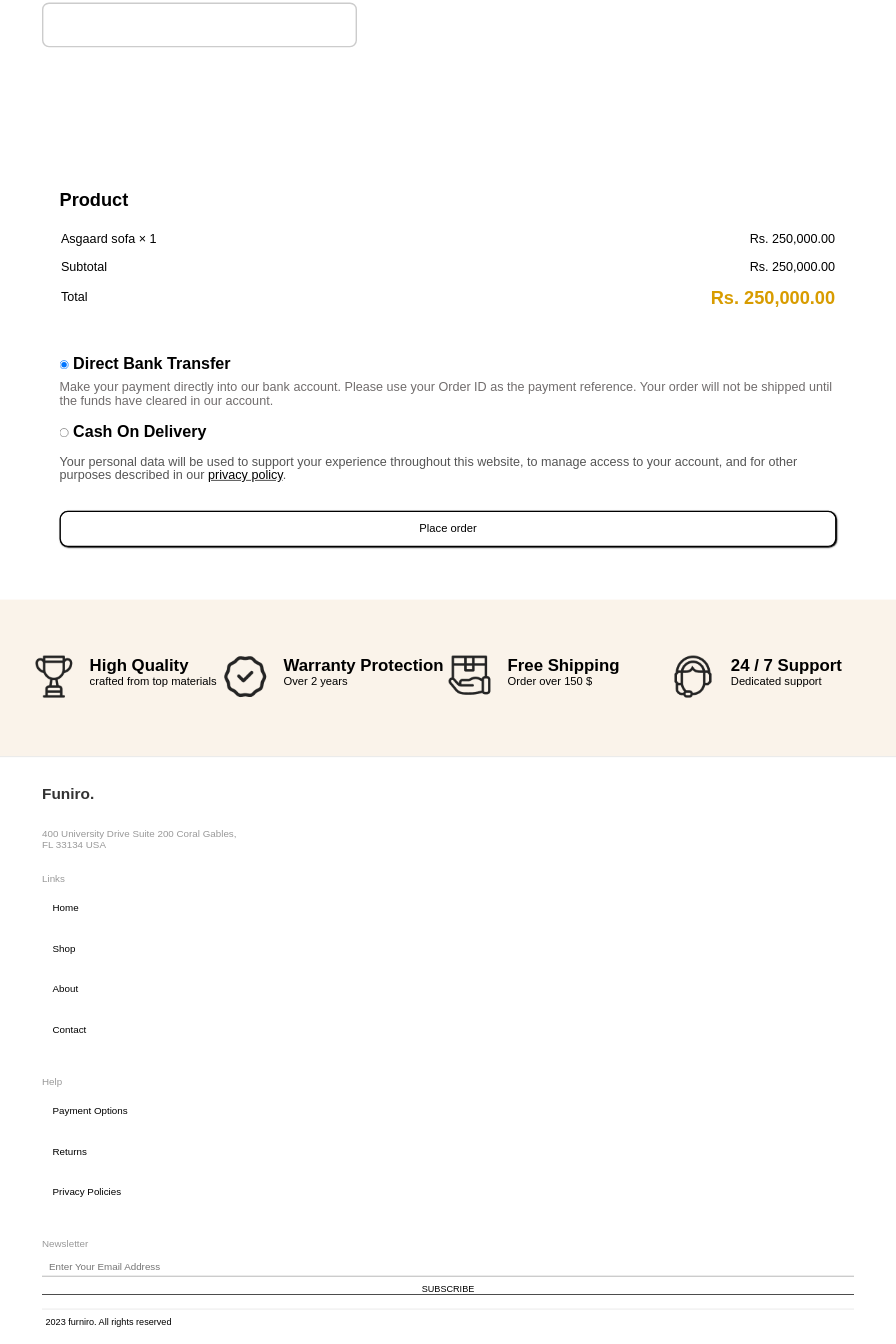
Repository: Ali1Kh/Furniro-ITI
Page: pages/checkout.html
The author's editor kept a copy of each file at every save. The page is drawn from the files as they stood at one save, then again after a run of saves.
The browser window is 1280 px wide. The pictures show the part of the page from y = 1272 to 3192 px (the page is 3192 px tall before and 3182 px after), at 70% of full size.

Above is the page before, as saved 2025-07-19 20:45:49.

After the next 4 saves:
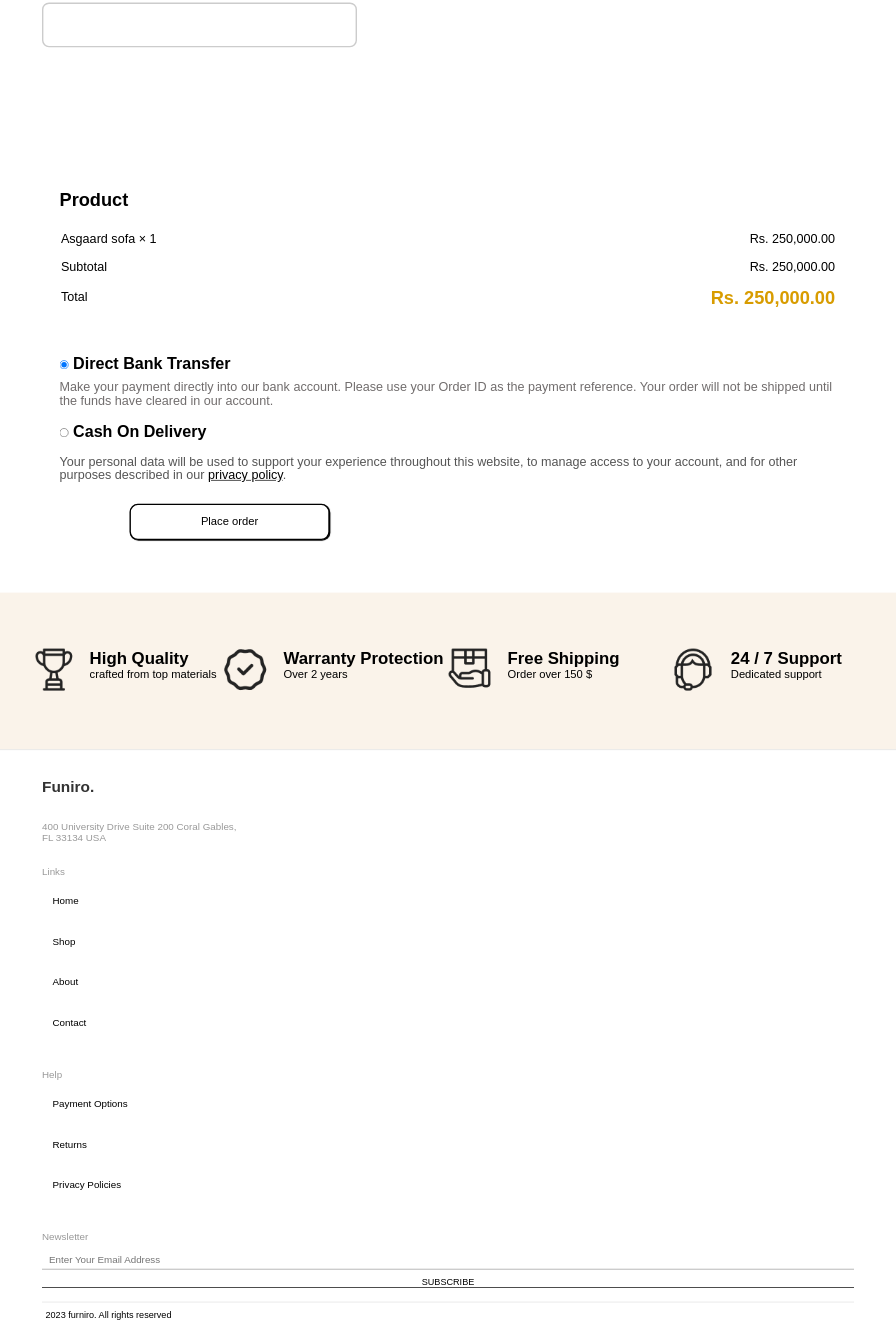
The 4 saves are shown as one change because they came seconds apart.
The last was saved 82 s later.
--- a/styles/checkout.css
+++ b/styles/checkout.css
@@ -221,7 +221,7 @@ form select {
   color: black;
 }
 
-/* .btn {
+.btn {
   padding: 15px 100px;
   background: #fff;
   border: 2px solid black;
@@ -231,12 +231,12 @@ form select {
   margin-left: 100px;
   margin-top: 10px;
   box-shadow: 1px 1px 1px black;
-} */
-
-
-
-
-.btn {
+}
+
+
+
+
+/* .btn {
   width: 100%;
   padding: 15px;
   background: #fff;
@@ -245,7 +245,7 @@ form select {
   font-size: 16px;
   margin-top: 20px;
   box-shadow: 1px 1px 2px black;
-}
+} */
 
 .btn:hover {
   background-color: #babd8e;
